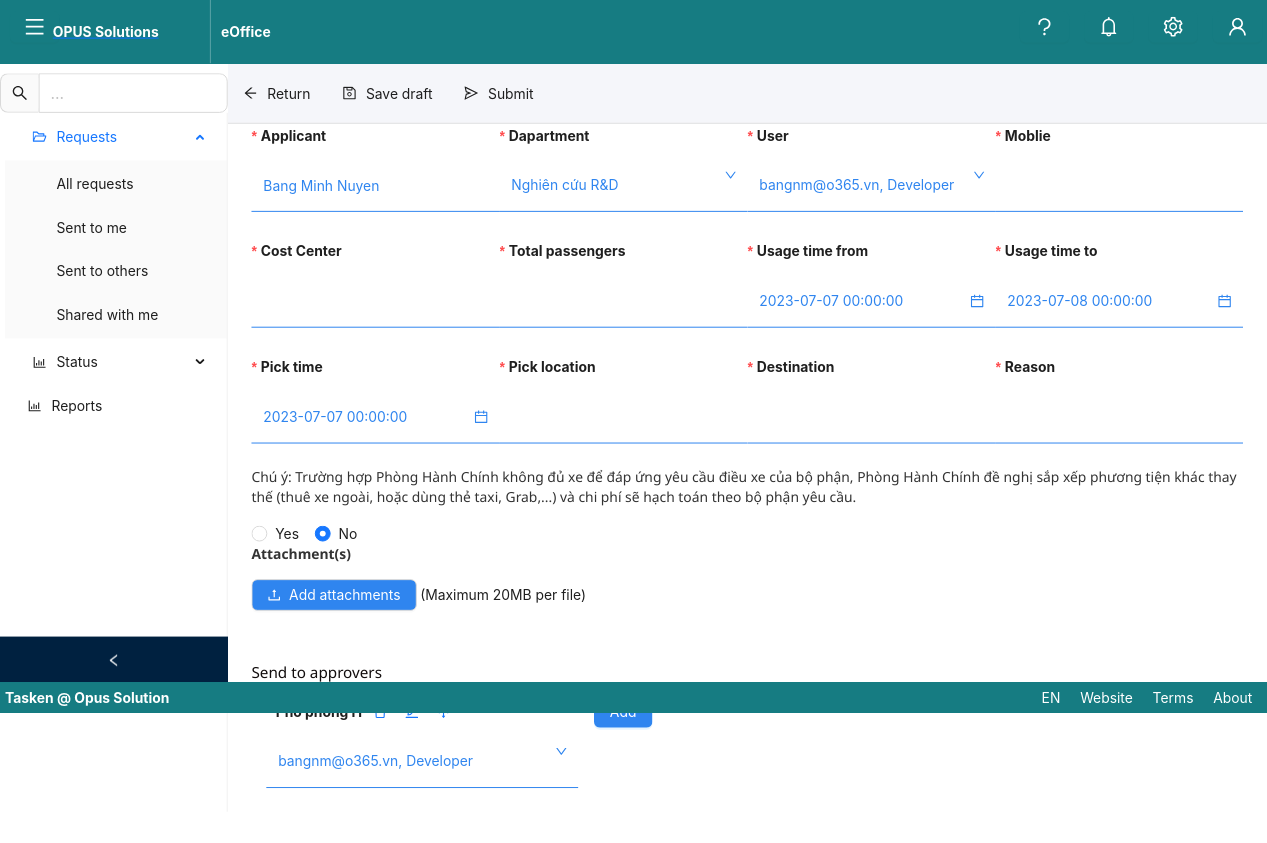
Repository: vannam272008/car-booking
Page: /request/addrequest
The author's editor kept a copy of each file at every save. The page is drawn from the files as they stood at one save, then again after the next save.
The browser window is 1280 px wide. The pictures show the whole page, at 99% of full size.
The project was rebuilt for these pictures with package versions that can differ from the ones it lists, and the page was loaded fresh each time. Also part of the build but not shown: src/Components/DetailRequest/Comments/comment.tsx, src/Components/DetailRequest/Menu/menu.tsx, src/Components/DetailRequest/DetailRequest/detailRequest.tsx, src/Pages/ManageRequest/index.css, src/Pages/ManageRequest/ManageRequest.tsx. Imported but missing from the stored project, and not drawn on this page: src/Pages/Home.

Above is the page before, as saved 2023-07-09 22:32:58.

After the next save:
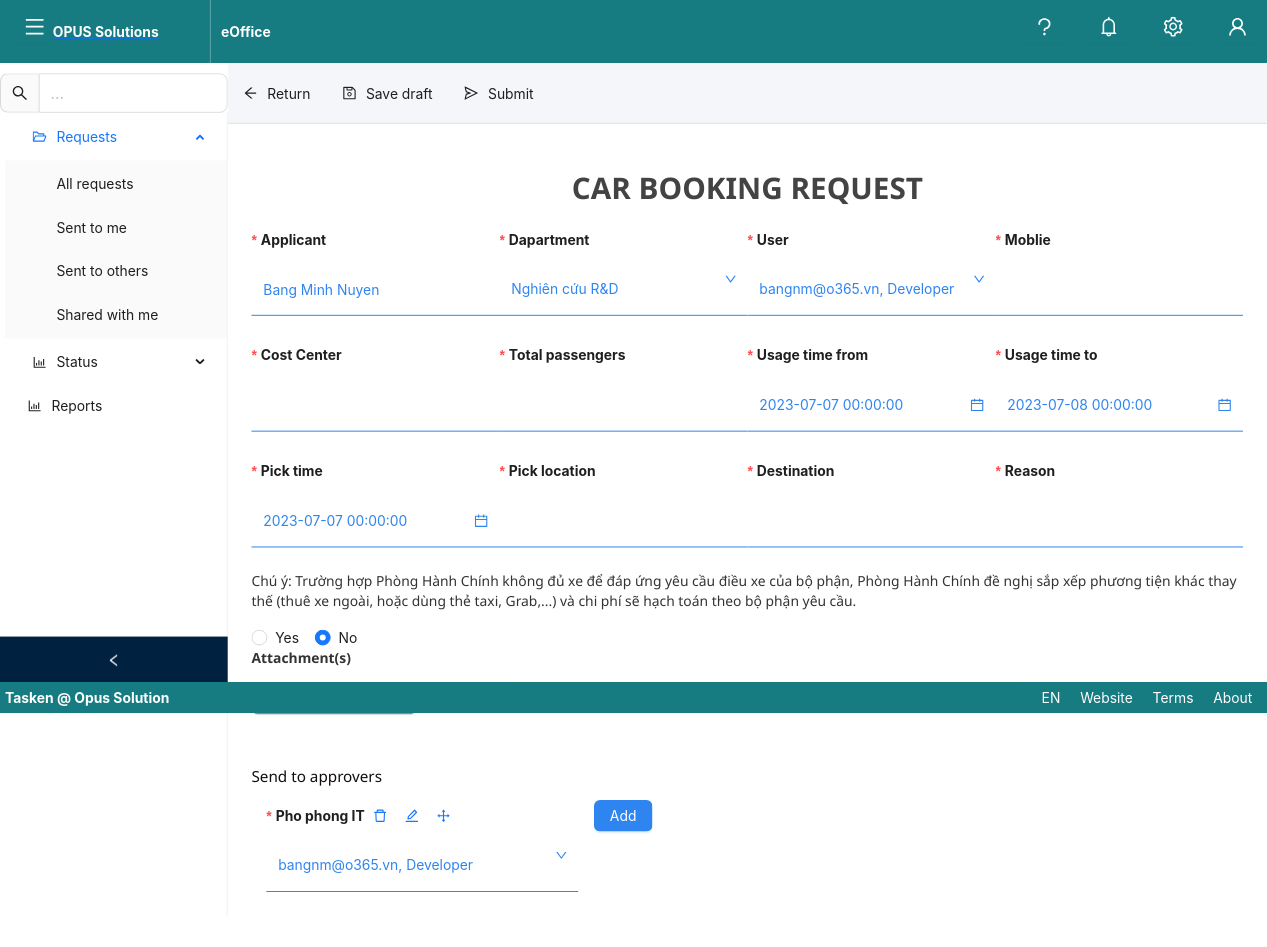
Saved 2 min 59 s later.
--- a/src/Components/AddRequest/AddRequest/addRequest.css
+++ b/src/Components/AddRequest/AddRequest/addRequest.css
@@ -26,6 +26,7 @@
     line-height: 1.42857143;
     color: #333;
     background-color: #fff;
+    margin-top: 125px;
 }
 .page-content{
     font-family: "Segoe UI";
